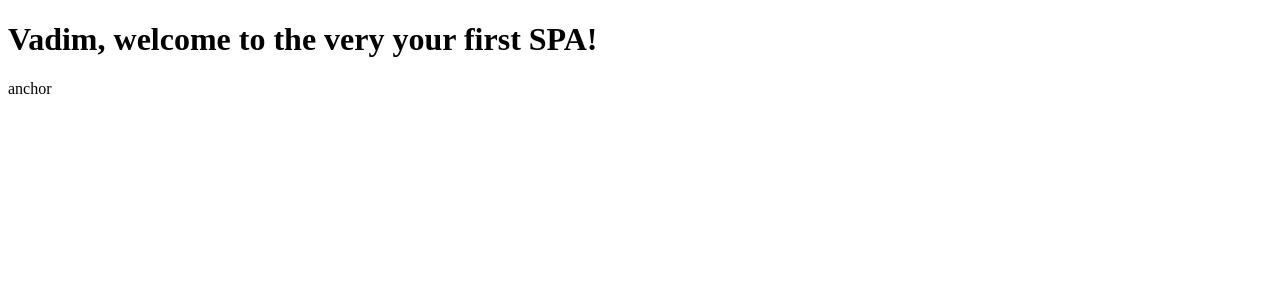
Repository: VadimZubchenko/mySinglePageApp
Page: public/index.html
The author's editor kept a copy of each file at every save. The page is drawn from the files as they stood at one save, then again after the next save.
The browser window is 1280 px wide. The pictures show the whole page.

Above is the page before, as saved 2022-04-30 21:55:00.

### public/index.html
<!DOCTYPE html>
<html lang="en">
<head>
  <meta charset="UTF-8">
  <meta http-equiv="X-UA-Compatible" content="IE=edge">
  <meta name="viewport" content="width=device-width, initial-scale=1.0">
  <title>Single-page Application</title>
  <script src="script.js"></script>
</head>
<body>
  <h1>Vadim, welcome to the very your first SPA!</h1>
  <div>anchor</div>
</body>
</html>

### public/script.js
window.onload = function () {
  creatForm();
};

creatForm = () => {
  let anchor = document.createElement("anchor");
  let form = document.createElement("form");
  form.setAttribute("id", "form");

  let inputName = document.createElement("input");
  // create input element
  inputName.setAttribute("type", "text");
  inputName.setAttribute("id", "inputname");
  inputName.setAttribute("name", "inputname");

  //create info of input
  let labelName = document.createElement("labelName");
  labelName.setAttribute("id", "Input your name");
  labelName.setAttribute("for", "inputName");
  let textName = document.createTextNode("Enter your name: ");
  labelName.appendChild(textName);

  inputName.appendChild(labelName);
  form.appendChild(inputName);
  anchor.appendChild(form);
};

After the next save:
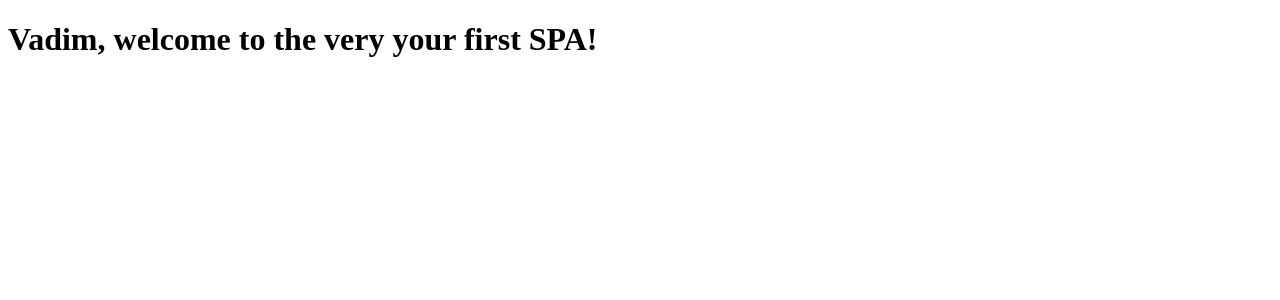
Saved 43 s later.
--- a/public/index.html
+++ b/public/index.html
@@ -9,6 +9,6 @@
 </head>
 <body>
   <h1>Vadim, welcome to the very your first SPA!</h1>
-  <div>anchor</div>
+  <div id="anchor"></div>
 </body>
 </html>
